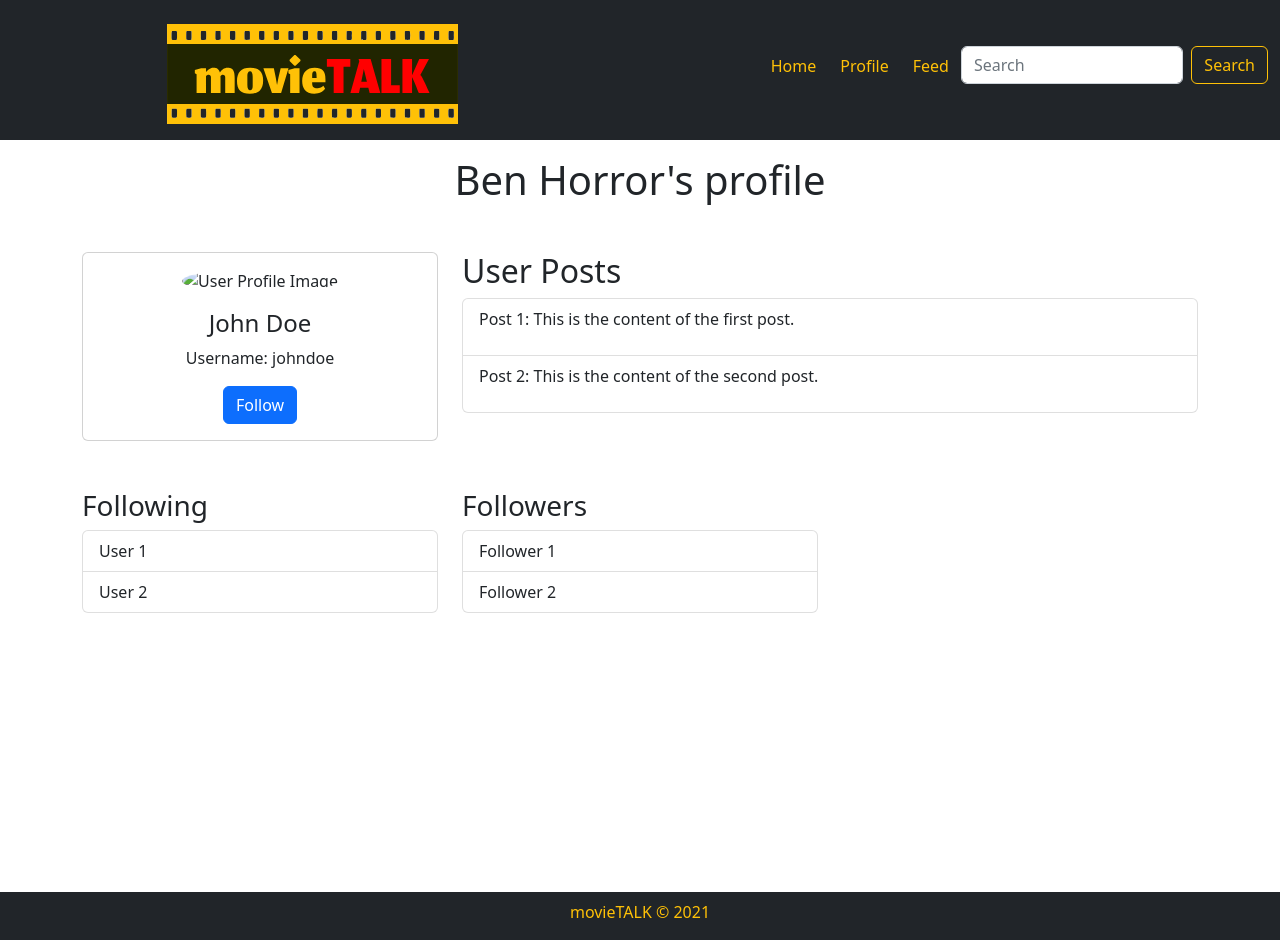
Repository: runeunhjem/css-frameworks-ca
Page: profile/index.html
The author's editor kept a copy of each file at every save. The page is drawn from the files as they stood at one save, then again after the next save.
The browser window is 1280 px wide. The pictures show the whole page.
The style sheet was rebuilt from its Sass, Less or Tailwind sources for each picture, by a compiler version that may differ from the author's.

Above is the page before, as saved 2023-08-29 07:59:56.
Not found: profile/profile-image.jpg

After the next save:
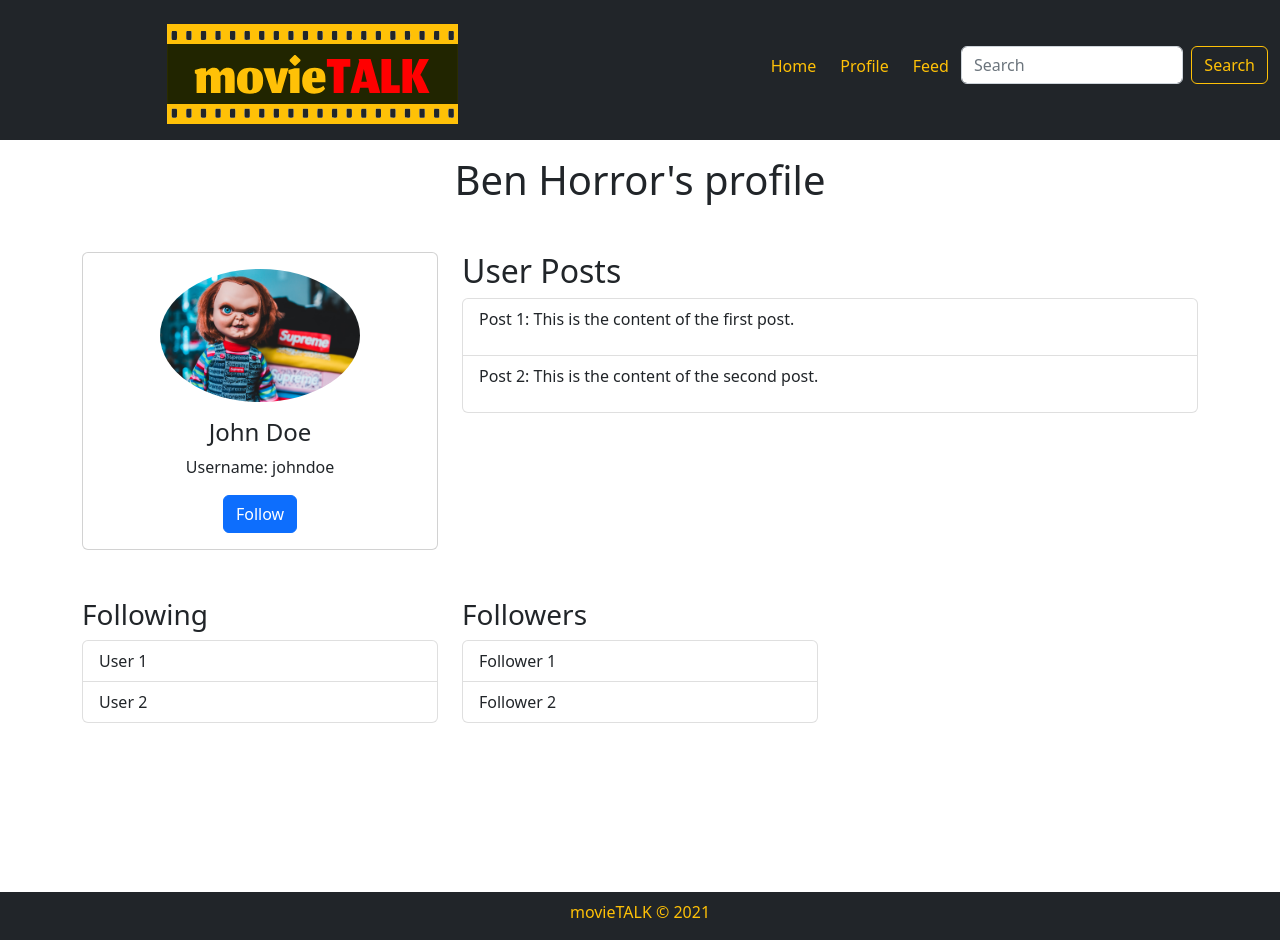
Saved 14 s later.
--- a/profile/index.html
+++ b/profile/index.html
@@ -50,7 +50,7 @@
             <div class="col-md-4">
                 <div class="card">
                     <div class="card-body text-center">
-                        <img src="profile-image.jpg" alt="User Profile Image" class="img-fluid rounded-circle mb-3" style="max-width: 200px;">
+                        <img src="profile.jpg" alt="User Profile Image" class="img-fluid rounded-circle mb-3" style="max-width: 200px;">
                         <h4 class="card-title">John Doe</h4>
                         <p class="card-text">Username: johndoe</p>
                         <button class="btn btn-primary">Follow</button>
